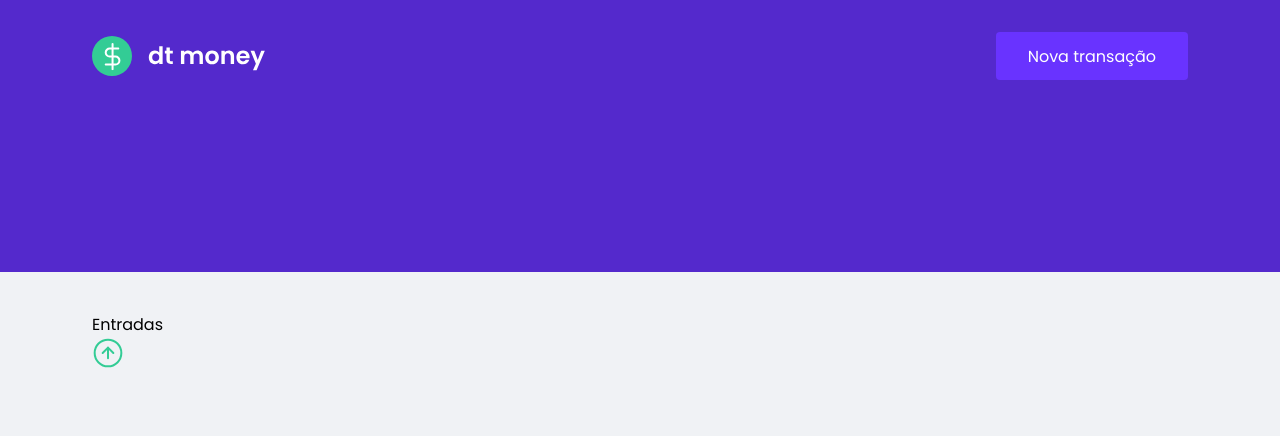
Repository: victoriandujar/ignite-dtmoney
Page: /
The author's editor kept a copy of each file at every save. The page is drawn from the files as they stood at one save, then again after the next save.
The browser window is 1280 px wide. The pictures show the whole page.
The project was rebuilt for these pictures with package versions that can differ from the ones it lists, and the page was loaded fresh each time.

Above is the page before, as saved 2021-03-22 18:38:06.

### public/index.html
<!DOCTYPE html>
<html lang="en">
  <head>
    <link rel="preconnect" href="https://fonts.gstatic.com">
    <meta charset="utf-8" />
    <link rel="icon" href="%PUBLIC_URL%/favicon.ico" />
    <meta name="viewport" content="width=device-width, initial-scale=1" />
    <link href="https://fonts.googleapis.com/css2?family=Poppins:wght@400;600&display=swap" rel="stylesheet">

    <title>dt money</title>
  </head>
  <body>
    <noscript>You need to enable JavaScript to run this app.</noscript>
    <div id="root"></div>
  </body>
</html>

### src/App.tsx
import React from 'react';

import { GlobalStyle } from './styles/global';
import { Header } from './components/Header';
import { Dashboard } from './components/Dashboard';

function App() {
  return (
    <>
      <GlobalStyle />
      <Header />
      <Dashboard />
    </>
  );
}

export default App;

### src/styles/global.js
import { createGlobalStyle } from 'styled-components';

export const GlobalStyle = createGlobalStyle`
    :root {
        --background: #f9f2f5;
        --red: #E52E4D;
        --blue: #5429CC;

        --blue-light: #6933FF;

        --text-title: #363F5F;
        --text-body: #969CB3;

        --background: #F0F2F5;
        --shape: #FFFFFF;
    }

    * {
        margin: 0;
        padding: 0;
        box-sizing: border-box;
    }

    html {
        @media (max-width: 1088px) {
            font-size: 93.75%;
        }

        @media (max-width: 720px) {
            font-size: 87.5%;
        }
    }

    body {
        background: var(--background);
        -webkit-font-smoothing: antialised;
    }

    body, input, textarea, button {
        font-family: 'Poppins', sans-serif;
        font-weight: 400;
    }

    h1, h2, h3, h4, h5, h6, strong {
        font-weight: 600;
    }

    button {
        cursor: pointer;
    }

    [disabled] {
        opacity: 0.6;
        cursor: not-allowed;
    }
`;

### src/components/Header/index.tsx
import React from 'react';

import Logo from '../../assets/logo.svg';

import { Container, Content } from './styles';

export function Header() {
    return(
        <Container>
            <Content>
                <img src={Logo} alt="logo dt money" />
                <button type="button">Nova transação</button>
            </Content>
        </Container>
    );
}

### src/components/Dashboard/index.tsx
import React from 'react';

import { Container } from './styles';

import { Summary } from '../Summary';

export function Dashboard() {
    return(
        <Container>
            <Summary />
        </Container>
    );
}

### src/components/Header/styles.ts
import styled from 'styled-components';

export const Container = styled.header`
  background: var(--blue);
`;

export const Content = styled.div`
    max-width: 1128px;
    margin: 0 auto;

    padding: 2rem 1rem 12rem;
    display: flex;
    align-items: center;
    justify-content: space-between;

    button {
        font-size: 1rem;
        color: #fff;
        background: var(--blue-light);
        border: 0;
        padding: 0 2rem;
        border-radius: 0.25rem;
        height: 3rem;
        transition: filter 0.2s;

        &:hover {
            filter: brightness(0.9);
        }
    }
`;

### src/components/Dashboard/styles.ts
import styled from 'styled-components';

export const Container = styled.div`
  max-width: 1128px;
  margin: 0 auto;
  padding: 2.5rem 1rem;
`;

### src/components/Summary/index.tsx
import React from 'react';

import IncomeImg from '../../assets/income.svg';

import { Container } from './styles';

export function Summary() {
    return(
        <Container>
            <div>
                <header>
                    <p>Entradas</p>
                    <img src={IncomeImg} alt="Income"/>
                </header>
            </div>
        </Container>
    );
}

Loaded but not shown: src/index.tsx (common file); src/components/Summary/styles.ts (common file)

After the next save:
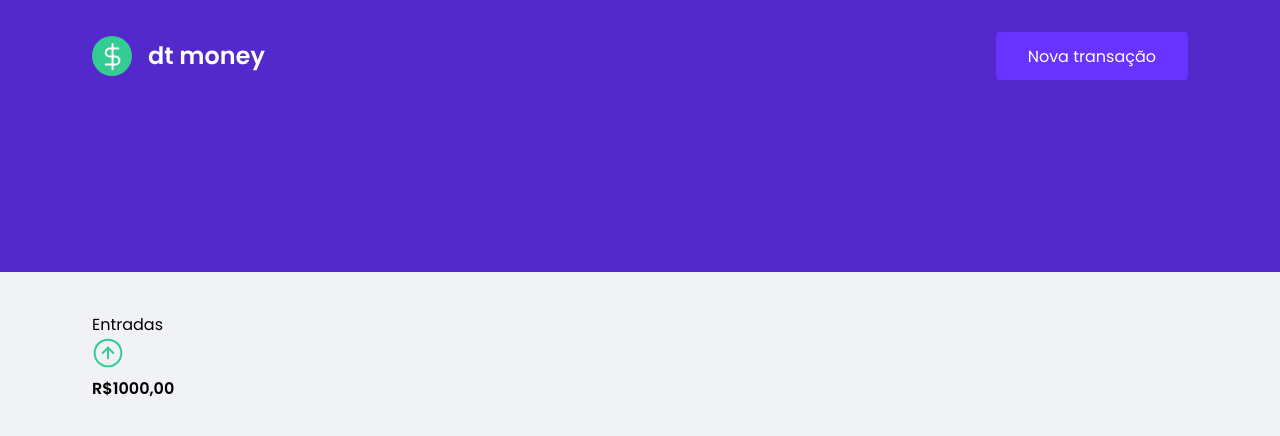
Saved 22 s later.
--- a/src/components/Summary/index.tsx
+++ b/src/components/Summary/index.tsx
@@ -12,6 +12,7 @@
                     <p>Entradas</p>
                     <img src={IncomeImg} alt="Income"/>
                 </header>
+                <strong>R$1000,00</strong>
             </div>
         </Container>
     );
